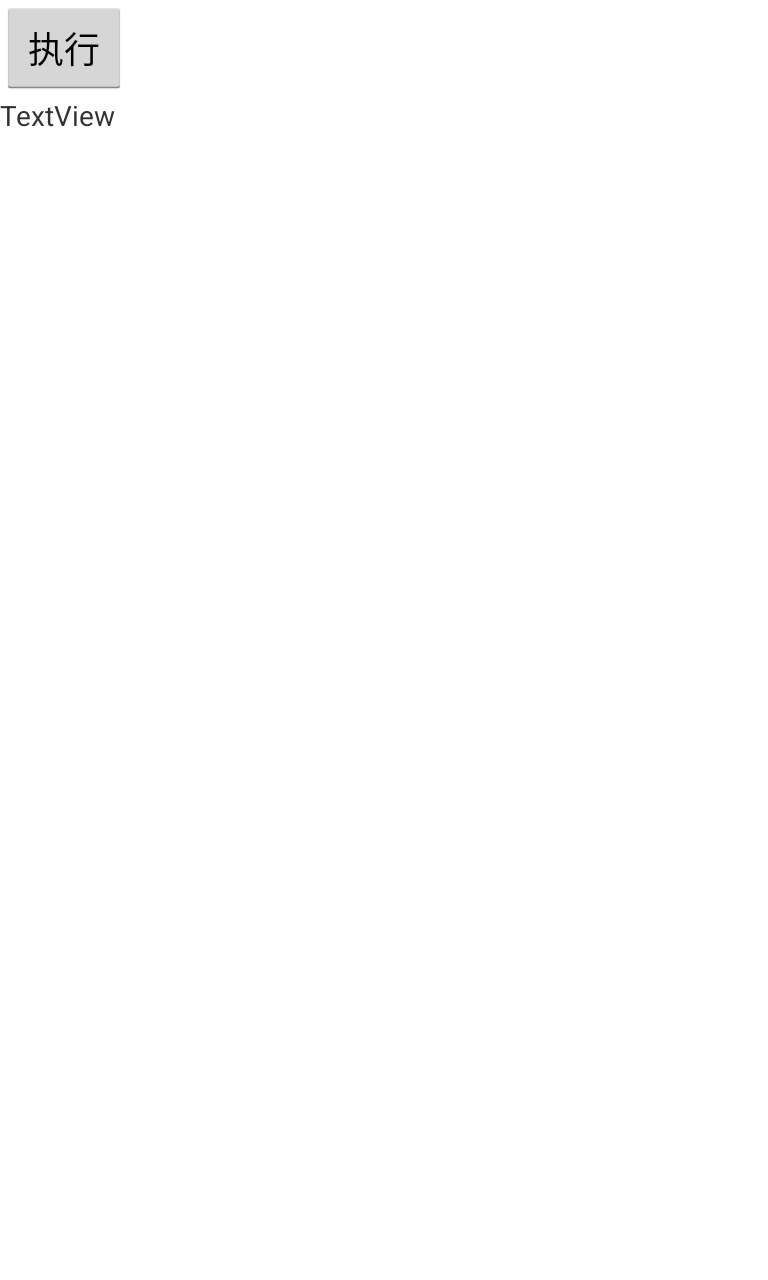
Repository: IvyZh/hm66
Layout: 黑马基础项目/res/layout/activity_frameanimation.xml
An editor plug-in stored every save of this project. The layout is shown before and after the next save, followed by the edit.
It is drawn on a 768 x 1280 px phone screen (xhdpi) without system bars, with theme AppTheme; the app's code is not run.

Above is the layout before, as saved 2016-05-29 17:57:32.

After the next save:
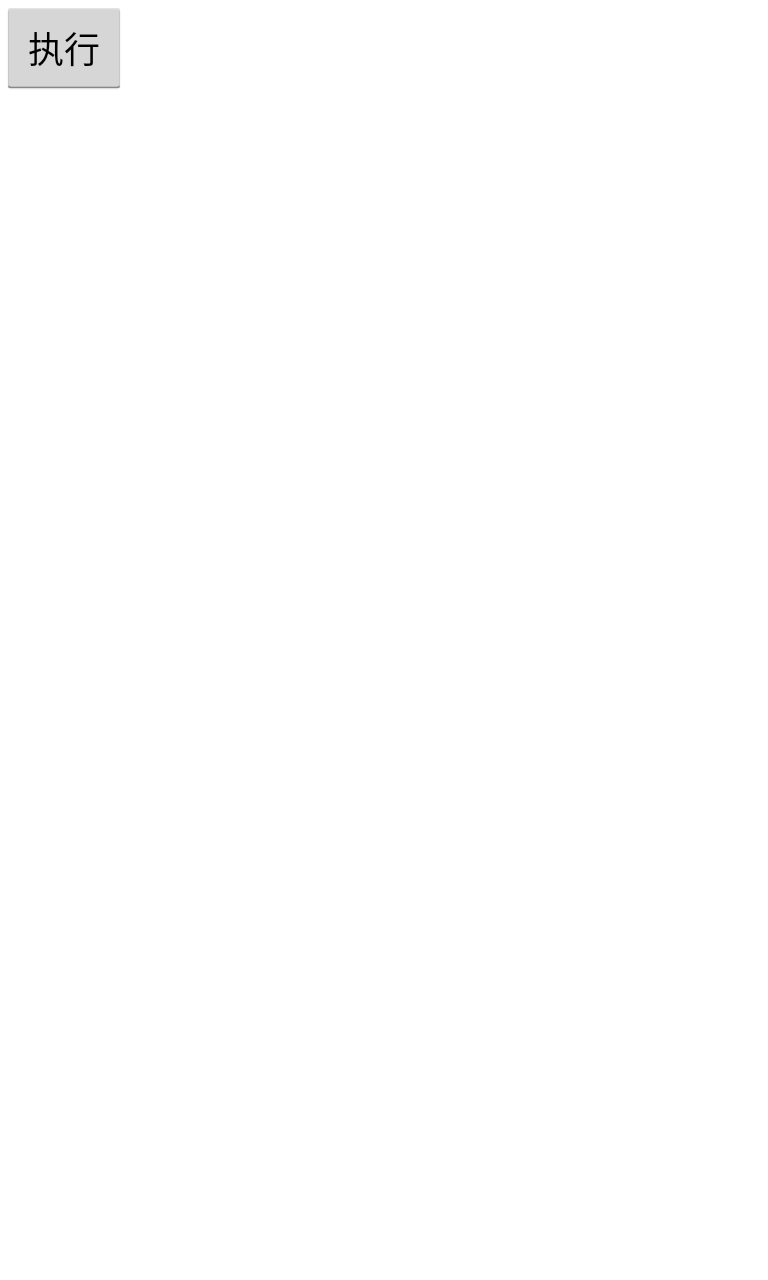
Saved 6 s later.
--- a/黑马基础项目/res/layout/activity_frameanimation.xml
+++ b/黑马基础项目/res/layout/activity_frameanimation.xml
@@ -11,10 +11,4 @@
         android:onClick="click"
         android:text="执行" />
 
-    <TextView
-        android:id="@+id/tv"
-        android:layout_width="wrap_content"
-        android:layout_height="wrap_content"
-        android:text="TextView" />
-
 </LinearLayout>
